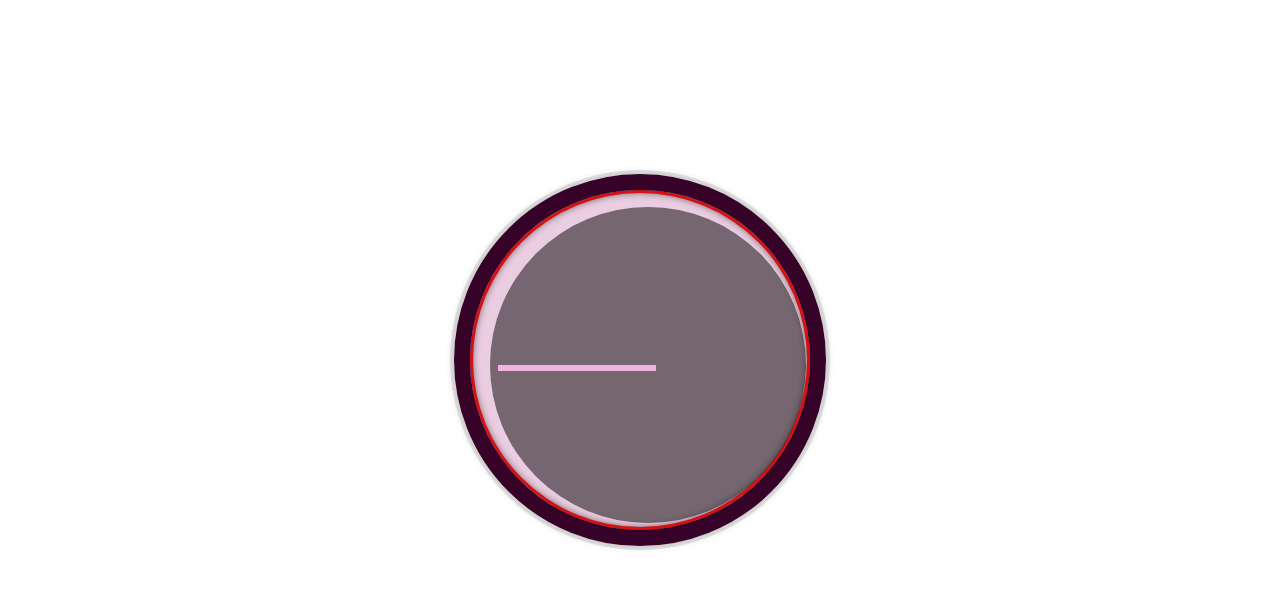
Repository: Freezler/javascript-css-clock
Page: index.html
An editor plug-in stored every save of this project. The page is shown before and after the next save, followed by the edit.
The browser window is 1280 px wide. The pictures show the whole page.

Above is the page before, as saved 2024-08-24 15:53:23.

After the next save:
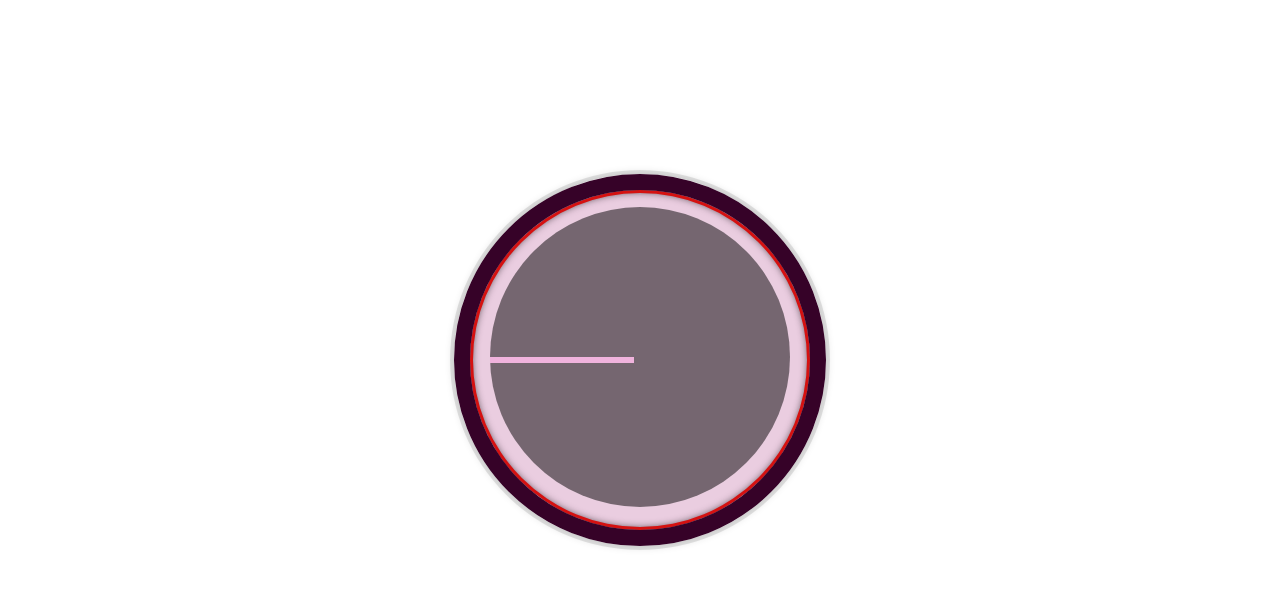
Saved 21 s later.
--- a/style.css
+++ b/style.css
@@ -41,14 +41,14 @@ body {
     transform: translateY(-3px);
     /* account for the height of the clock hands */
     background: rgba(0, 0, 0, 0.5);
-    padding: 8px;
+
     border-radius: 50%;
-    z-index: 10;
+
 
 }
 
 .hand {
-    width: 50%;
+    width: 48%;
     height: 6px;
     background: rgb(240, 179, 221);
     position: absolute;
